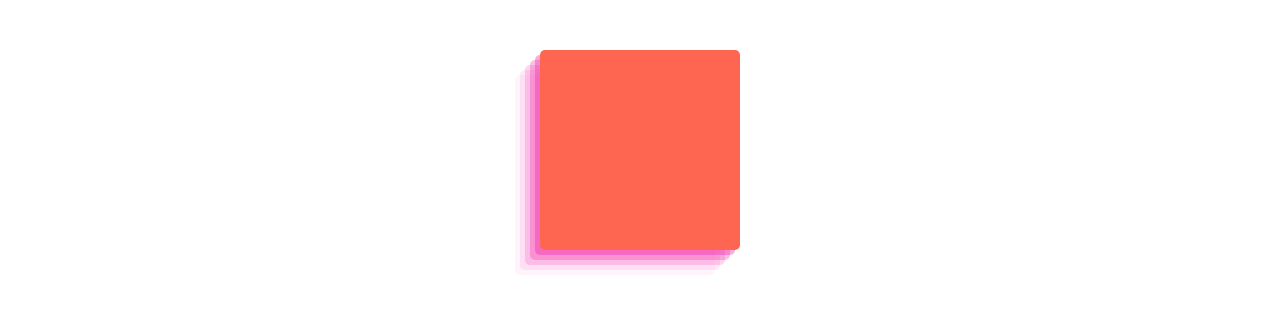
Repository: DQNam2202/HTML_CSS_Basic
Page: Chuong-03/index.html
The author's editor kept a copy of each file at every save. The page is drawn from the files as they stood at one save, then again after the next save.
The browser window is 1280 px wide. The pictures show the whole page.

Above is the page before, as saved 2021-09-03 19:16:00.

### Chuong-03/index.html
<!DOCTYPE html>
<html lang="en">
  <head>
    <meta charset="UTF-8" />
    <meta http-equiv="X-UA-Compatible" content="IE=edge" />
    <meta name="viewport" content="width=device-width, initial-scale=1.0" />
    <title>CSS-Part2</title>
    <script
      type="module"
      src="https://unpkg.com/ionicons@5.5.2/dist/ionicons/ionicons.esm.js"
    ></script>
    <script
      nomodule
      src="https://unpkg.com/ionicons@5.5.2/dist/ionicons/ionicons.js"
    ></script>
    <link
      href="https://fonts.googleapis.com/css2?family=Poppins:wght@300;400;500;600;700&display=swap"
      rel="stylesheet"
    />
    <link rel="stylesheet" href="./reset.css" />
    <link rel="stylesheet" href="./style.css" />
  </head>
  <body>
    <!-- <img src="https://source.unsplash.com/random" alt="" class="images" /> -->
    <!-- <div class="box-gradient"></div> -->
    <!-- <div class="background"></div> -->
    <!-- <div class="box"></div> -->
    <!-- <div class="title">Dương Quốc Nam</div> -->
    <div class="box-shadow"></div>
  </body>
</html>

### Chuong-03/style.css
html {
  box-sizing: border-box;
  font-size: 62.5%
}

* {
  margin: 0;
  padding: 0;
}

*,
*:before,
*:after {
  box-sizing: border-box;
}

input,
textarea,
select,
button {
  outline: none;
}

input {
  line-height: normal;
}

label,
button {
  cursor: pointer;
}

a {
  text-decoration: none;
}

img {
  display: block;
  max-width: 100%;
}

/* .images {
  width: 100%;
  height: 100vh;
  object-fit: cover;
} */

/* Hình nền với linear-gradient và chữ với linear-gradient */
/* .box-gradient {
  width: 20rem;
  height: 20rem;
  background-image: linear-gradient(to left top, #3D6EF7, #FF6651);
} */

.title {
  margin-top: 2rem;
  margin-left: 2rem;
  font-size: 7.2rem;
  font-weight: normal;
  display: inline-block;
  /* Khi trình duyệt không hỗ trợ thuộc tính  -webkit-background-clip: text;*/
  /* color: #3D6EF7; */
}


/* Khi trình duyệt hỗ trợ thuộc tính thì ta sử dụng @support */
@supports (-webkit-background-clip: text) {
  .title {
    color: transparent;
    background-clip: text;
    -webkit-background-clip: text;
    background-image: linear-gradient(90deg, rgba(131, 58, 180, 1) 0%, rgba(253, 29, 29, 1) 50%, rgba(252, 176, 69, 1) 100%);
  }
}

/* Khi trình duyệt không hỗ trợ thì thêm @support not và thay đổi thuộc tính mà mình muốn lại ở trên className gốc*/
/* @supports not (-webkit-background-clip: text) {
  .title {
    color: transparent;
    background-clip: text;
    -webkit-background-clip: text;
    background-image: linear-gradient(90deg, rgba(131, 58, 180, 1) 0%, rgba(253, 29, 29, 1) 50%, rgba(252, 176, 69, 1) 100%);
  }
} */

/* Hiển thị 2 hình nèn vởi linear-gradient */
.background {
  width: 100vw;
  height: 100vh;
  background-image: linear-gradient(to right, rgba(33, 147, 176, 0.5), rgba(109, 213, 237, 0.63)),
    url("./images/poster_1.jpg");
  background-position: center center;
  background-repeat: no-repeat;
  object-fit: cover;
  background-size: cover;
}

/* Opacity:0, visibility: hidden, display:none */
/*
  + Opacity có giá trị chạy từ 0 đến 1 -> vẫn chiếm diện tích có thế nhấn vào được
  +visibility: hidden ->vẫn chiếm diện tích nhưng không thể nhấn vào được
  =>Opacity và visibility: thường được sử dụng để làm hiệu ứng vì chùng sử dụng được transition
  + display: không chiếm diện tích và cũng không nhấn vào được, ít sử dụng vì không hỗ trợ thuộc tính transition
  */
/* .box {
  width: 20rem;
  height: 20rem;
  background-image: linear-gradient(to left top, #3D6EF7, #FF6651);
  cursor: pointer;
  opacity: 0;
  visibility: hidden;
  display: none;
} */
.box-shadow {
  width: 20rem;
  height: 20rem;
  background-color: #FF6651;
  margin: 5rem auto;
  border-radius: 0.5rem;
  box-shadow: rgba(240, 46, 170, 0.4) -5px 5px,
    rgba(240, 46, 170, 0.3) -10px 10px,
    rgba(240, 46, 170, 0.2) -15px 15px,
    rgba(240, 46, 170, 0.1) -20px 20px,
    rgba(240, 46, 170, 0.05) -25px 25px;
}

Loaded but not shown: Chuong-03/reset.css (common file)

After the next save:
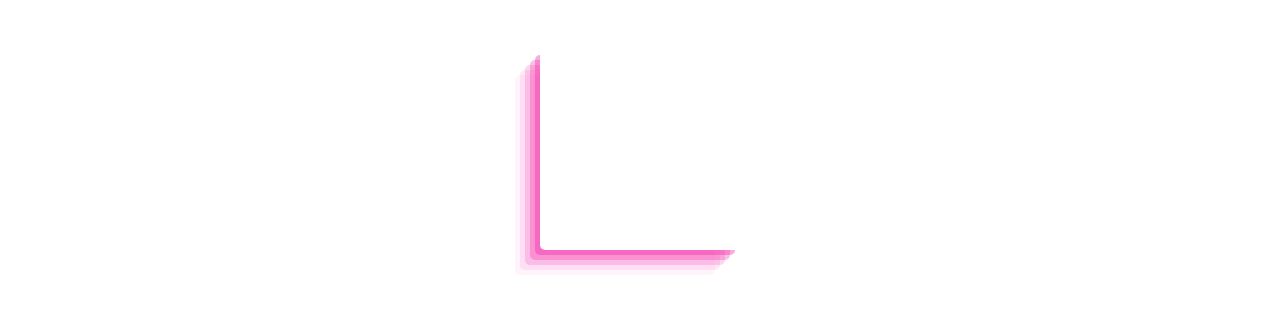
Saved 15 s later.
--- a/Chuong-03/style.css
+++ b/Chuong-03/style.css
@@ -114,7 +114,6 @@
 .box-shadow {
   width: 20rem;
   height: 20rem;
-  background-color: #FF6651;
   margin: 5rem auto;
   border-radius: 0.5rem;
   box-shadow: rgba(240, 46, 170, 0.4) -5px 5px,
